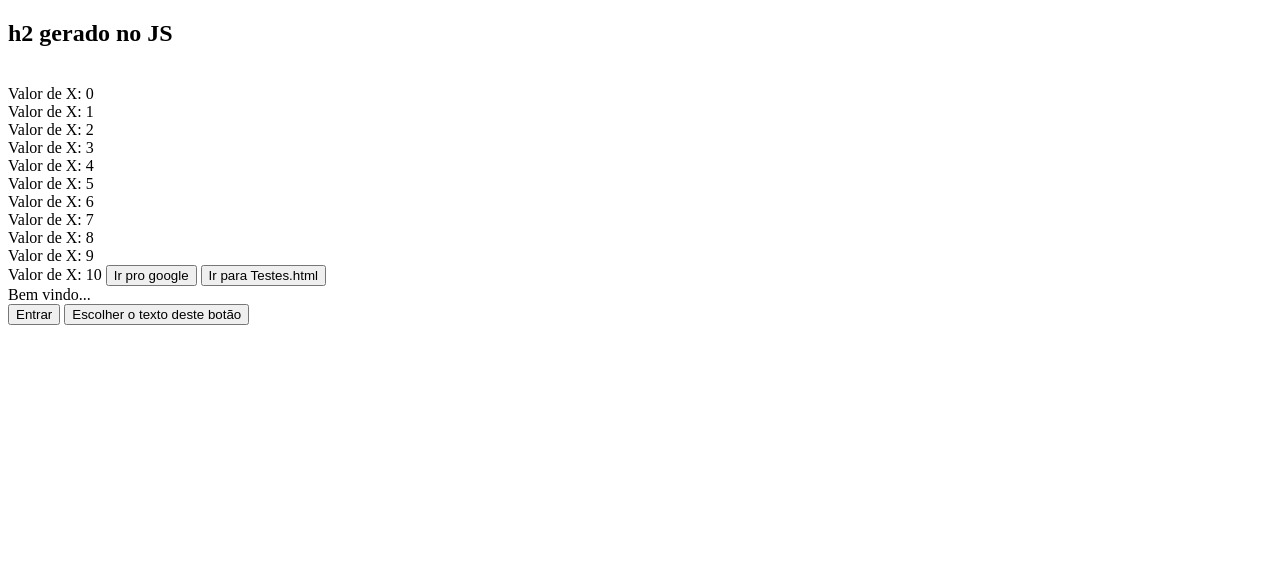
Repository: joaoaspimienta/Testes-e-estudo-de-ReactJS
Page: src/Anotações.html
An editor plug-in stored every save of this project. The page is shown before and after the next save, followed by the edit.
The browser window is 1280 px wide. The pictures show the whole page.

Above is the page before, as saved 2021-12-27 19:51:29.

After the next save:
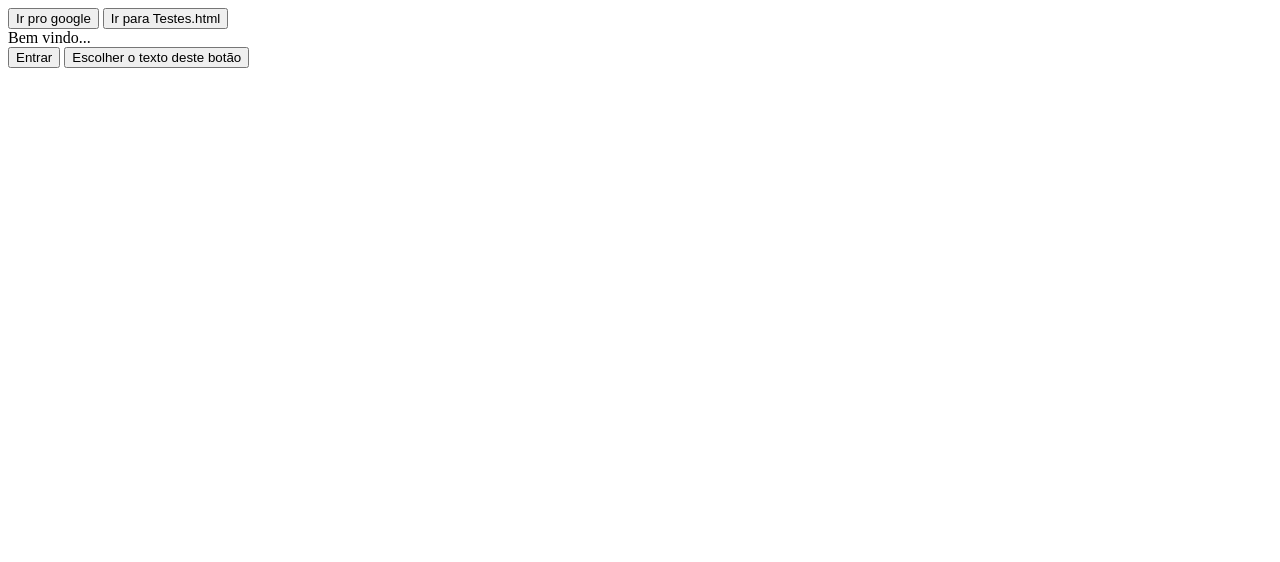
Console error (its wording comes from the project's code and is left out).
Saved 13 s later.
--- a/src/script.js
+++ b/src/script.js
@@ -23,6 +23,6 @@
 //Loops
 
 x = 0;
-while(x <= 10) {document.write('</br> Valor de X: ' + x)
+while(x <= 10) {document.write('</br> Valor de X: ' + x </br>)
 
 x++}

After the save that followed:
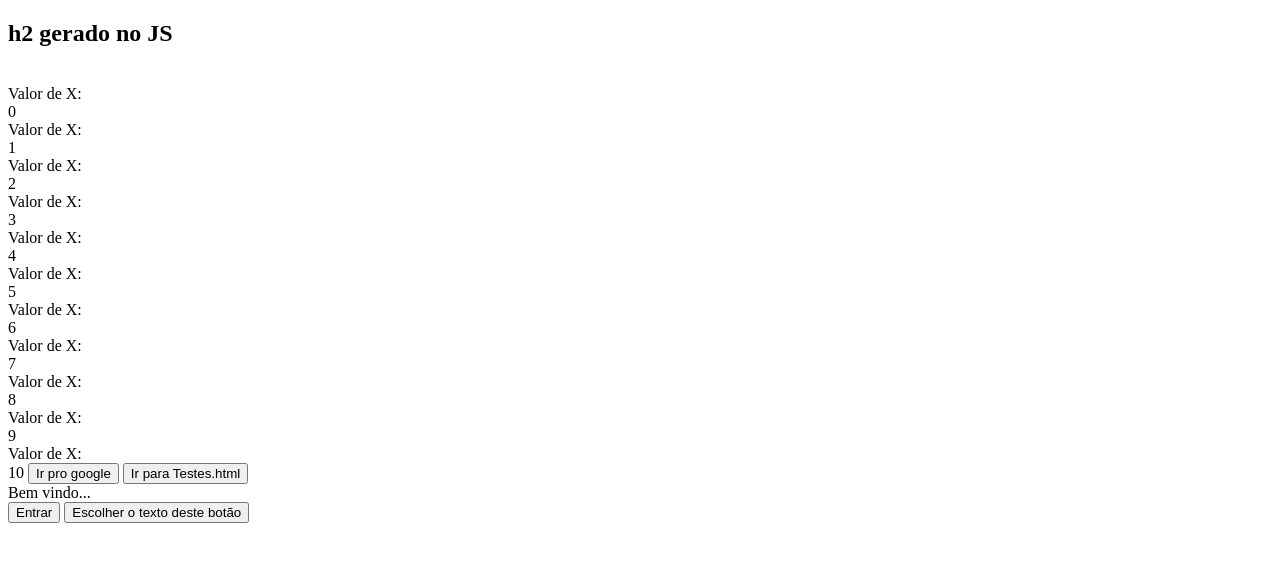
The error is gone.
Saved 12 s later.
--- a/src/script.js
+++ b/src/script.js
@@ -23,6 +23,6 @@
 //Loops
 
 x = 0;
-while(x <= 10) {document.write('</br> Valor de X: ' + x </br>)
+while(x <= 10) {document.write('</br> Valor de X: </br>' + x)
 
 x++}
